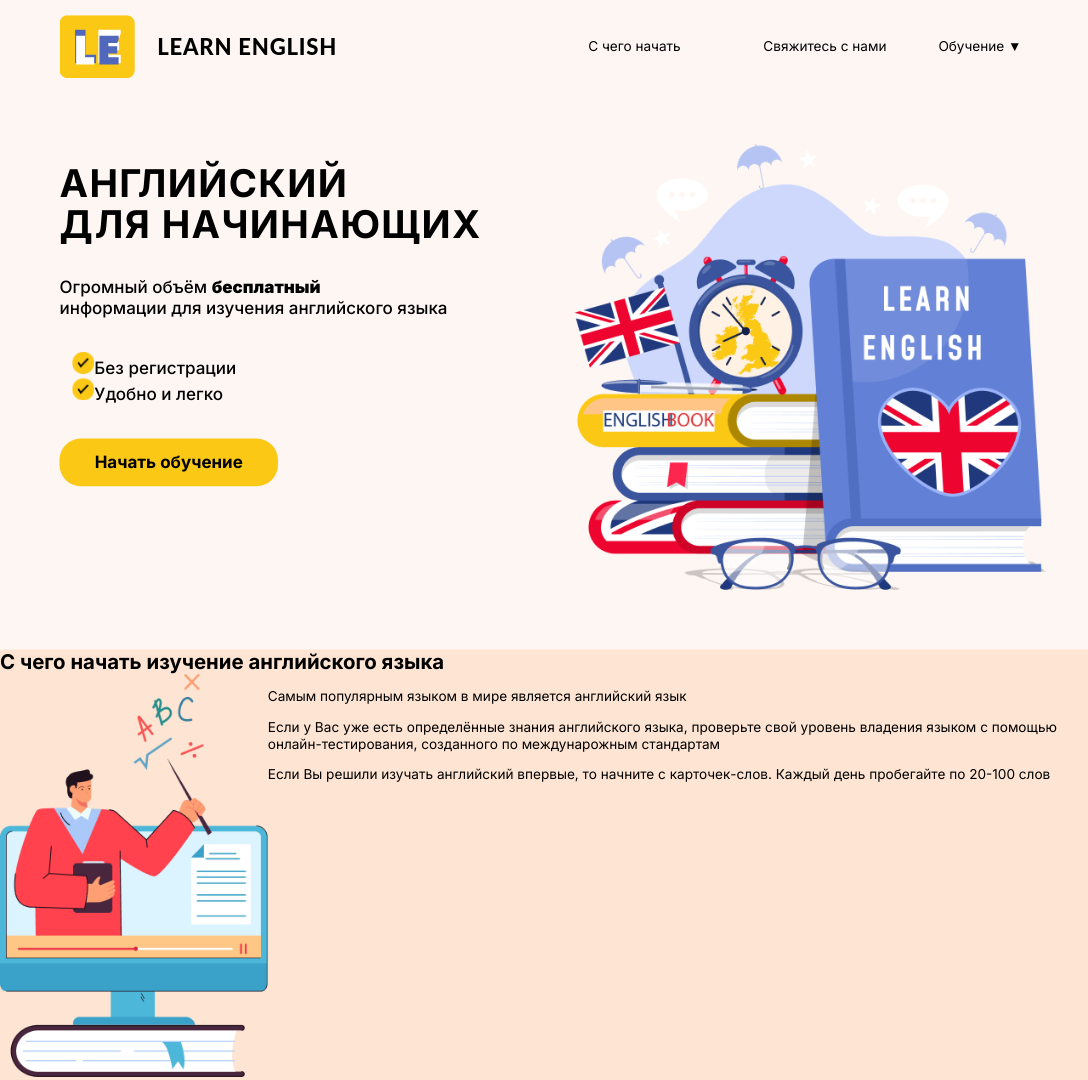
Repository: WladimirVA/Diplom
Page: scool/index.html
These files come from the project's save history. The page is drawn as it stood at one moment and after the next save; the edit follows.
The browser window is 1280 px wide. The pictures show the whole page, at 85% of full size.

Above is the page before, as saved 2023-07-06 18:27:01.

After the next save:
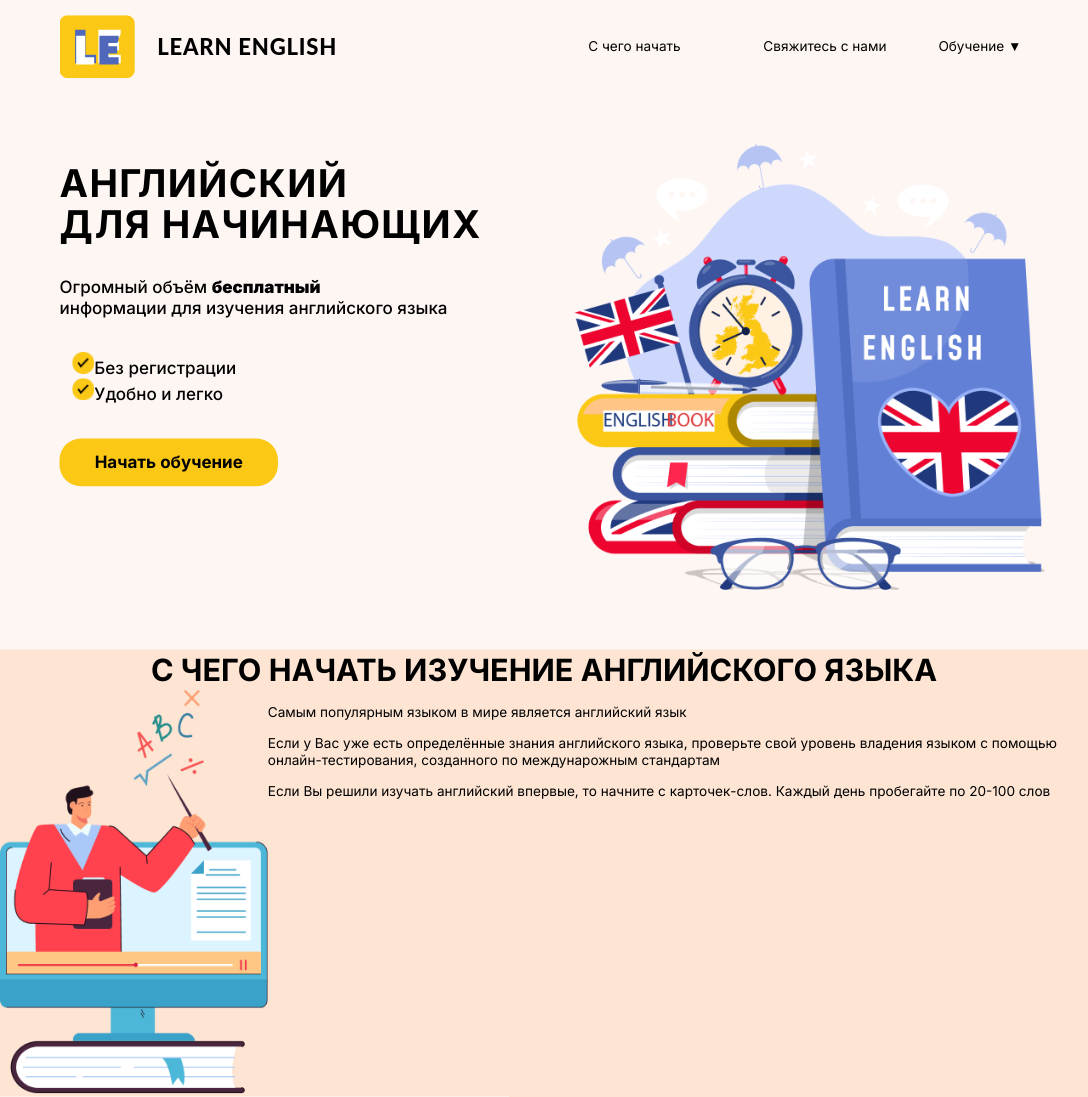
Saved 86 s later.
--- a/scool/css/index.css
+++ b/scool/css/index.css
@@ -185,4 +185,13 @@ ul.ddropdownn .ddropdownn-inside a:hover {/* Цвет фона изменитс
 
 .content-learning h1 {
     margin: 0;
+    text-align: center;
+    text-transform: uppercase;
+    font-family: Inter;
+    font-size: 36px;
+    font-weight: 700;
+    line-height: 48px;
+    letter-spacing: 0em;
+    text-align: center;
+
 }
